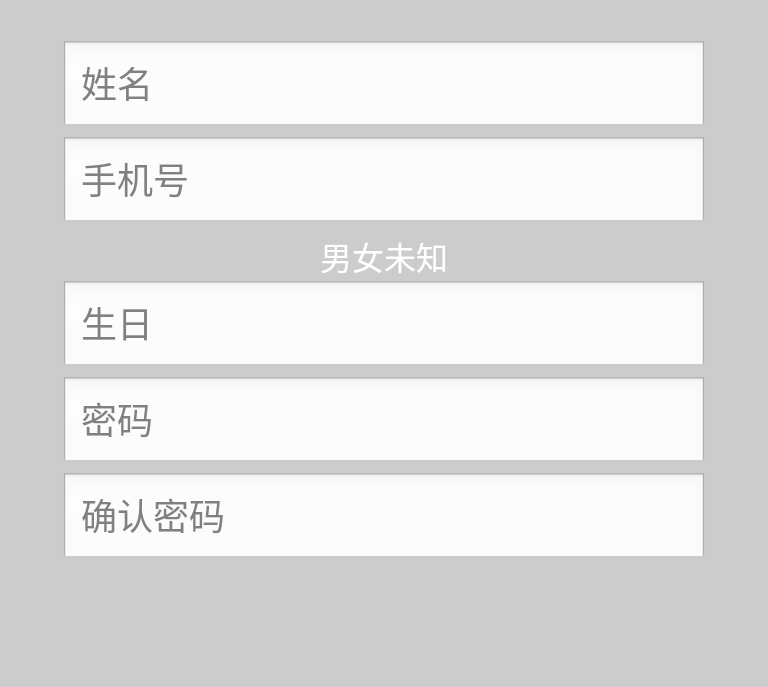
Repository: ligl/YuZhong
Layout: YuZhong/res/layout/process_user.xml
These files come from the project's save history. The layout is drawn as it stood at one moment and after the next save; the edit follows.
The pictures show rows 593 to 1280 of an output 1280 px tall.
It is drawn on a 768 x 1280 px phone screen (xhdpi) without system bars, with theme android:Theme.Black.NoTitleBar; the app's code is not run.

Above is the layout before, as saved 2012-08-02 15:22:18.

After the next save:
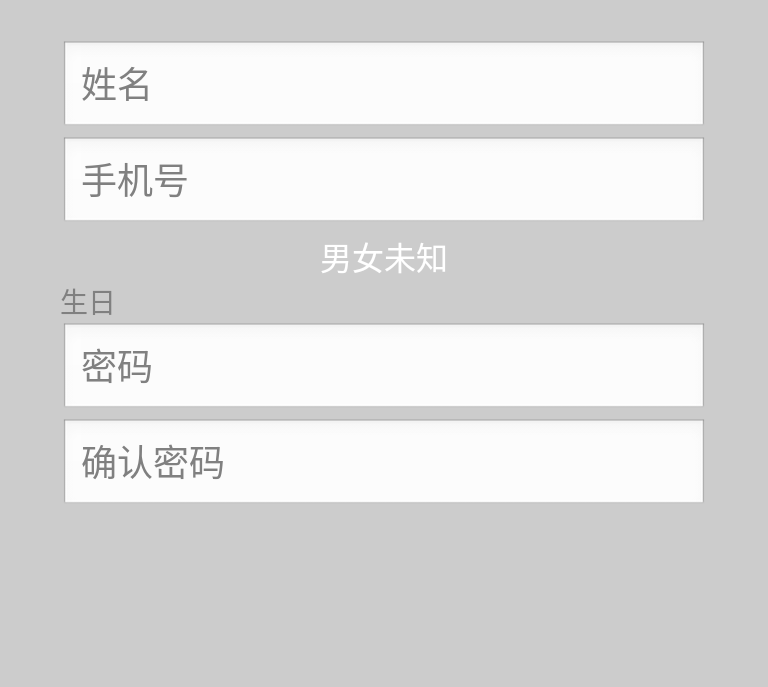
Saved 16 min 35 s later.
--- a/YuZhong/res/layout/process_user.xml
+++ b/YuZhong/res/layout/process_user.xml
@@ -112,7 +112,7 @@
                     android:text="未知" />
             </RadioGroup>
 
-            <EditText
+            <TextView
                 android:id="@+id/et_process_user_birthday"
                 android:layout_width="match_parent"
                 android:layout_height="wrap_content"
